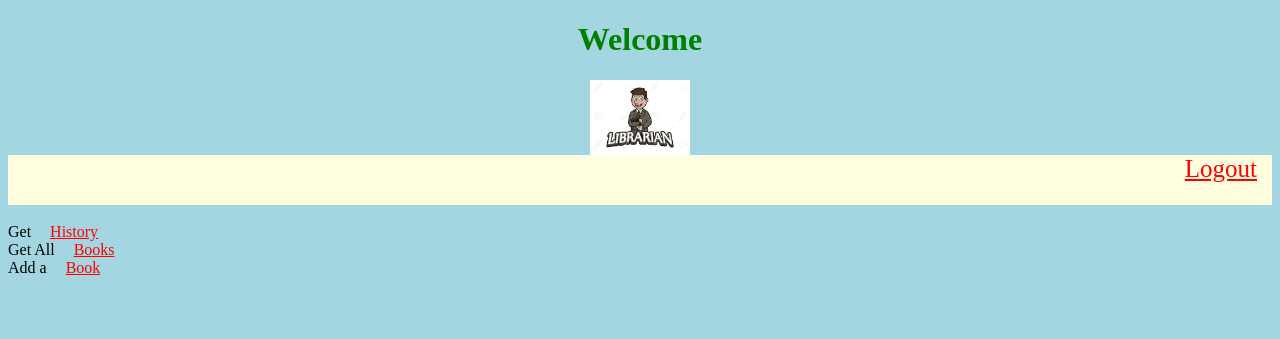
Repository: prashantvadlamani/Library-Management-System
Page: http://localhost/project/librarian.jsp
These files come from the project's save history. The page is drawn as it stood at one moment and after the next save; the edit follows.
The browser window is 1280 px wide. The pictures show the whole page.
The page is served by Tomcat 9. Other server files are loaded and not shown.

Above is the page before, as saved 2018-08-23 05:58:23.

### project/WebContent/librarian.jsp
<%@ page language="java" contentType="text/html; charset=ISO-8859-1"
    pageEncoding="ISO-8859-1"%>
<%@page import="java.util.*"%>
<%@page import="model.*"%>
<!DOCTYPE html PUBLIC "-//W3C//DTD HTML 4.01 Transitional//EN" "http://www.w3.org/TR/html4/loose.dtd">
<html>
<head>
<meta http-equiv="Content-Type" content="text/html; charset=ISO-8859-1">
<title>Librarian</title>
<style>
	h1{
		text-align:center;
		color: green;
	}

	a{
		color: red;
		padding: 15px;
	}
	body{
		background-color: #a3d6e0;
	}
	img{
		width:100px;
	}
	.center {
    display: block;
    margin-left: auto;
    margin-right: auto;
}
</style>
</head>
<body>
	<header>
	   <h1>Welcome</h1>
	   <span><img src="images/librarianlogo.jpg" class="center"></img></span>
  </header>
	<div style="text-align:right;background-color: lightyellow;height: 50px;font-size: 25px;"><a href="logout" >Logout</a></div>
	<br>
	Get <a href="libhistory">History</a>
	<br>
	Get All <a href="librarianServlet">Books</a>
	<br>
	Add a <a href="add">Book</a>



</body>
</html>

After the next save:
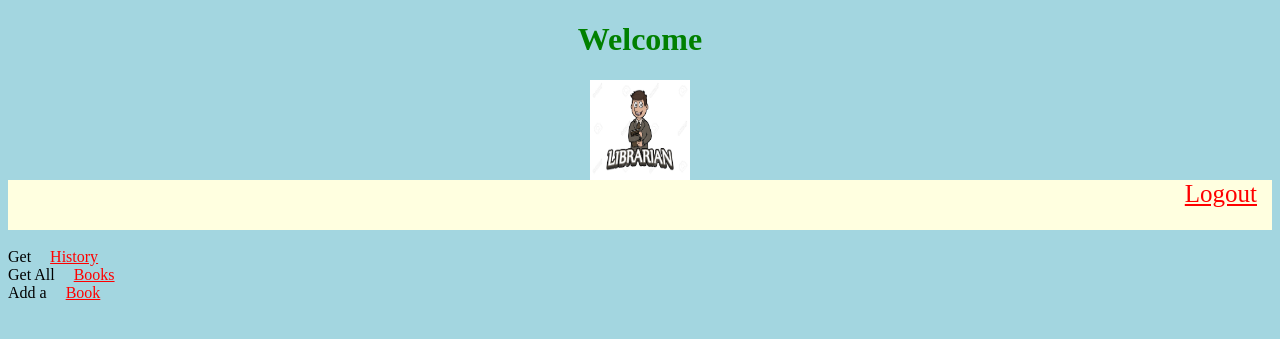
Saved 6 s later.
--- a/project/WebContent/librarian.jsp
+++ b/project/WebContent/librarian.jsp
@@ -22,6 +22,7 @@
 	}
 	img{
 		width:100px;
+		height: 100px;
 	}
 	.center {
     display: block;
